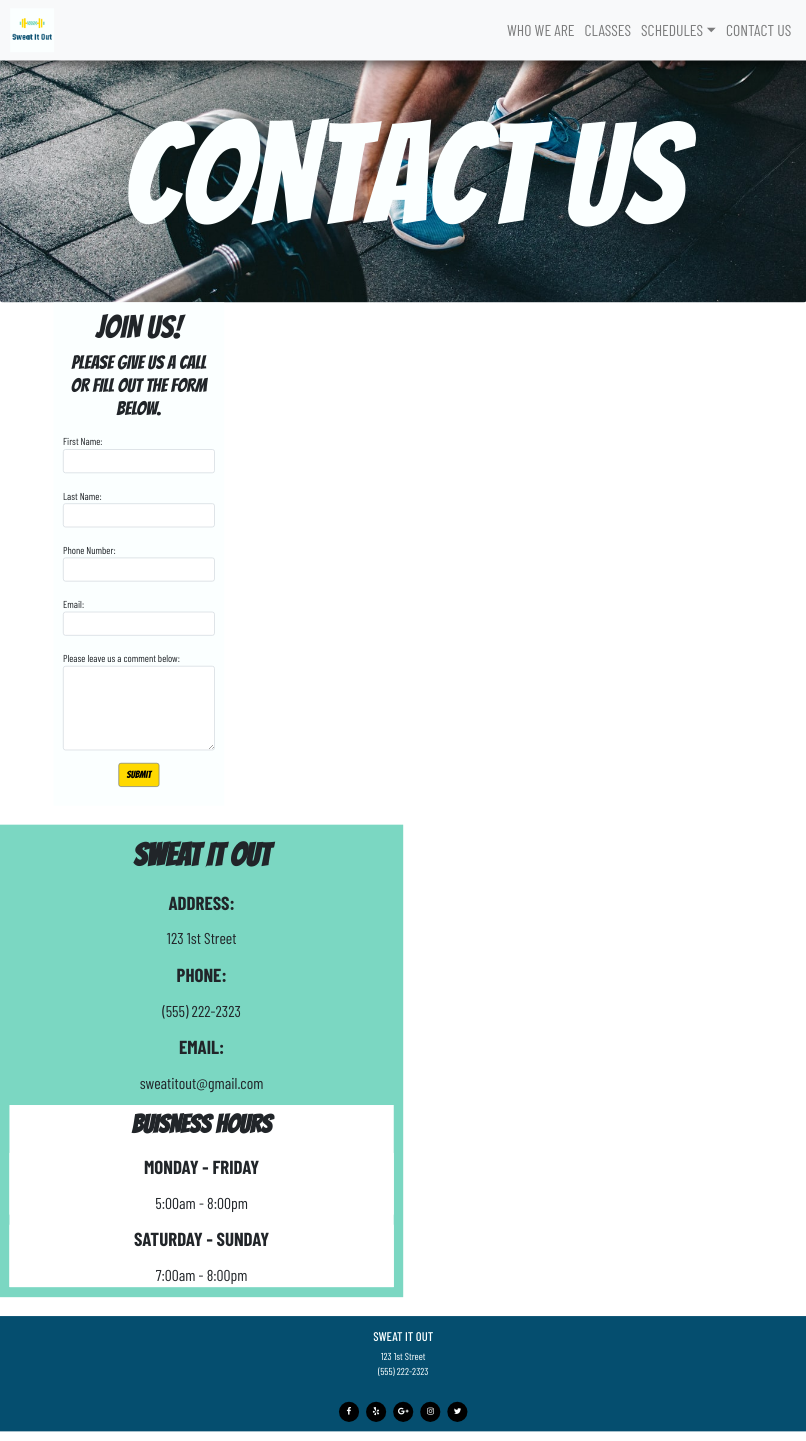
Repository: amybru/sweatitout
Page: contact.html
The author's editor kept a record of every edit. The page is drawn from the files as they stood at one moment, then again after the next edit.
The browser window is 1280 px wide. The pictures show the whole page, at 63% of full size.
Some web fonts or font styles are not loaded; a fallback is used. Some web libraries are served in a nearby version.

Above is the page before.

After the next edit:
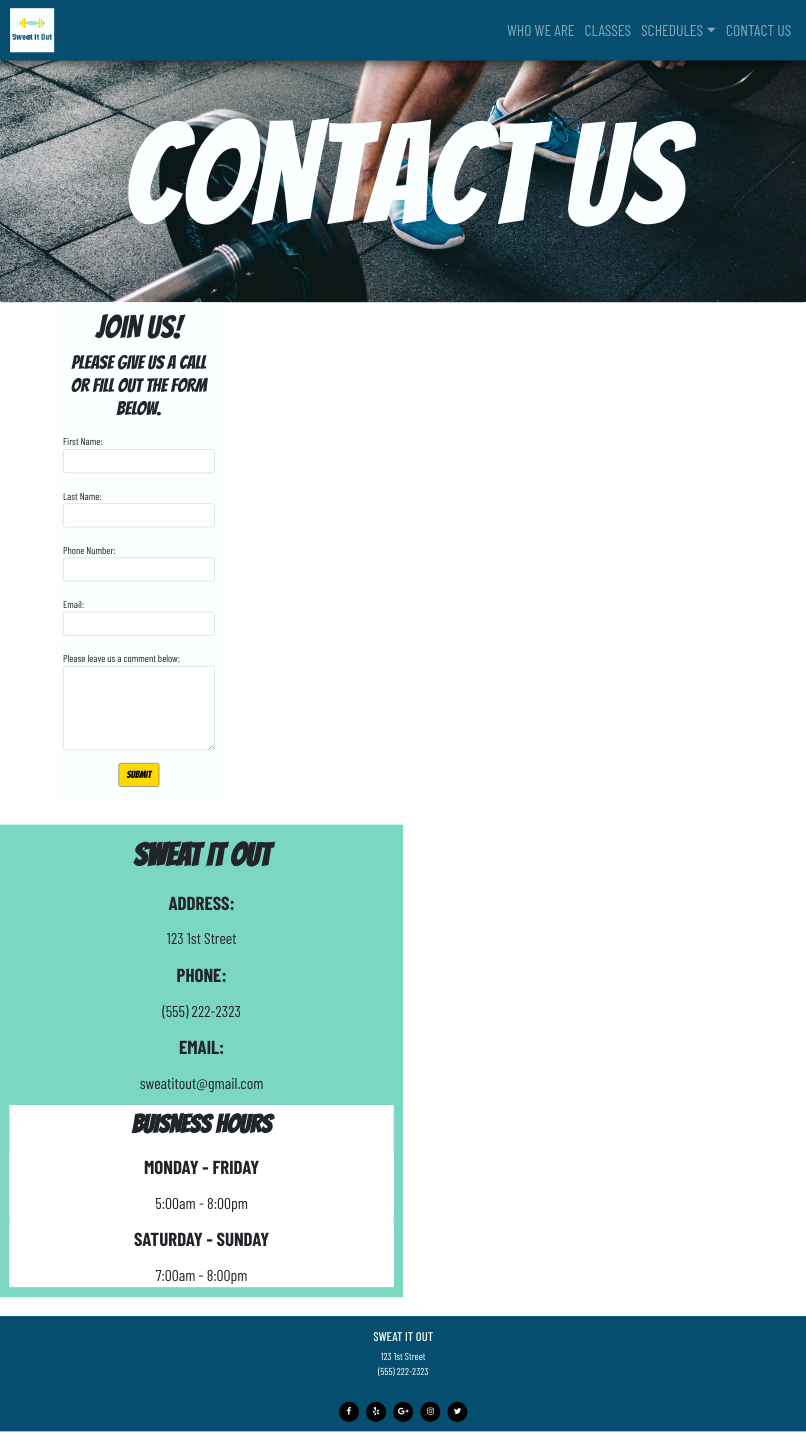
The edit:
--- a/contact.html
+++ b/contact.html
@@ -14,7 +14,7 @@
 <body>
 
     <header>
-        <nav class="navbar navbar-expand-lg navbar-light bg-light fixed-top">
+        <nav class="navbar navbar-expand-lg navbar-dark bg-default fixed-top">
              <a class="navbar-brand" href="index.html">
     <img src="./img/logo.png" width="70" height="70" alt="logo">
   </a>
